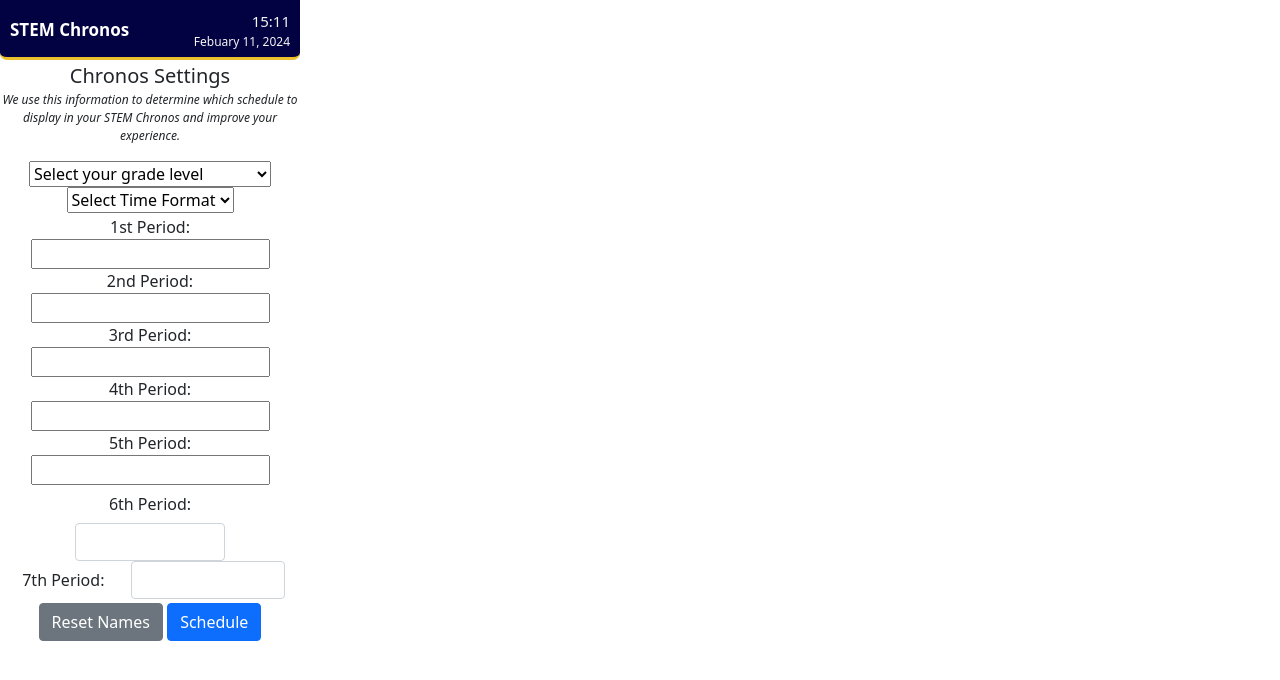
Repository: EvanHughes-dev/StemChronos
Page: StemChronos2.0/Settings/Settings.html
An editor plug-in stored every save of this project. The page is shown before and after the next save, followed by the edit.
The browser window is 1280 px wide. The pictures show the whole page.

Above is the page before, as saved 2024-04-23 15:38:50.
Console error: TypeError: Cannot read properties of null (reading 'addEventListener')

### StemChronos2.0/Settings/Settings.html
<!Doctype html>
<html>
<!--
    Have all settings here
    i.e. Grade level
    Period names
    notifications
    -->
<head>

    <link href="Settings.css" rel="stylesheet" type="text/css">
    <link href="../index.css" rel="stylesheet" type="text/css">
    <link href="https://cdn.jsdelivr.net/npm/bootstrap@5.0.2/dist/css/bootstrap.min.css" rel="stylesheet" integrity="sha384-EVSTQN3/azprG1Anm3QDgpJLIm9Nao0Yz1ztcQTwFspd3yD65VohhpuuCOmLASjC" crossorigin="anonymous">

</head>
<body>
    <!--Title for Chronos-->
    <div class="title-row">
        <p class="title">STEM Chronos</p>
        <span id="CurrentTime" class="currentTime"></span>
        <span id="CurrentDate" class="date"></span>
    </div>


    <div name="Settings" class="Settings">
        <!--Title for the attribute-->
        <center>
            <div class="fs-5">
                Chronos Settings
            </div>

        </center>


        <p class="SettingsText">
            We use this information to determine
            which schedule to display in your STEM Chronos and improve your experience.
        </p>

        <center>
            <!--Change the Grade Level-->
            <select id="GradeLevel" >
                <option class="DefaultOption" value="NULL" selected disabled>Select your grade level</option>
                <option value="Fresh"> I am a Freshman/Sophomore</option>
                <option value="Sen">I am a Junior/Senior</option>
            </select>

            <select id="TimeMode">
                <option class="DefaultOption" value="NULL" selected disabled>Select Time Format</option>
                <option value="24Hour">24 hour</option>
                <option value="12Hour">12 hour</option>

            </select>
            <!--Set custom period names-->
            <div class="InputField" id="PeriodNameOBJ">
                <div >
                    <label for="First">1st Period:</label>
                    <input name="First" type="text" id="FirstVal" />
                </div>
                <div >
                    <label for="Second">2nd Period:</label>
                    <input name="Second" type="text" id="SecondVal" />
                </div>

                <div>
                    <label for="Third">3rd Period:</label>
                    <input name="Third" type="text" id="ThirdVal" />
                </div>
                <div>
                    <label for="Fourth">4th Period:</label>
                    <input name="Fourth" type="text" id="FourthVal" />
                </div>
                <div>
                    <label for="Fifth">5th Period:</label>
                    <input name="Fifth" type="text" id="FiffthVal" />
                </div>
                <div>
                    <label class="col-sm-4 col-form-label mx-3" for="Sixth">6th Period:</label>
                    <input class="col-sm-10 form-control w-50 col-auto" name="Sixth" type="text" id="SixthVal" />
                </div>
                <div class="row g-2 mb-1">
                    <label class="col-sm-4 col-form-label mx-3" for="Seventh">7th Period:</label>
                    <input class="col-sm-10 form-control w-50 col-auto" name="Seventh" type="text" id="SeventhVal" />
                </div>

            </div>

            <!--Buttons-->
            <div class="footerOBJ">
                <button id="PeriodReset" class="btn btn-secondary">Reset Names</button>
                <button id="ScheduleBTN" class="btn btn-primary">Schedule</button>
            </div>
        </center>



    </div>


</body>
<script src="Settings.js"></script>
</html>

### StemChronos2.0/Settings/Settings.css
body {
    width: 300px;
    background-color: #Eeeef3;
    font-size:20px;
}
.Settings {
    margin-top:0px;
    width: 100%;
    height:200px;

}

.SettingsHeader {
    font-size: 25px;
    background: #Eeeef3;

    border-bottom: solid;
    border-width:1px;

}

.SettingsText {
    font-style: italic;
    text-align:center;
    font-size:12px;
}

select.DropDown {
    margin-left: 2px;
    width: 70%;
}


option:hover {
    background-color: #92cbdf;
}

.DefaultOption{

    color:gray;

}

option{

    color:black;
}
.InputField{
    padding-top:2px;
 }


.ToggleArrowHide{
    font-size: 20px;
    padding-left: 3px;
    transition: 1s;
}
    .ToggleArrowHide:hover{

        rotate: 90deg;
    }

    .ToggleArrowShow{
        font-size: 20px;
        padding-left: 3px;
        transition: 1s;
        rotate: 90deg;
    }
        .ToggleArrowShow:hover{

            rotate: 0deg;
        }

.ErrorBox{
    width:90%;
    margin-left:5%;
    display:block;
    background:red;
    z-index:20;
}

### StemChronos2.0/index.css
body {
    width: 300px;

    background-color: #Eeeef3;

    font-size: 15px;
}
.title-row {
	width: 100%;

	font-size: 17px;
	padding: 10px;
    height: 60px;
    margin-bottom: 1px;
    background-color: #020141;
    border-bottom: solid;
    border-bottom-color: #EDC02D;
    border-radius: 0px 0px 7px 7px;
}

.title {
	float: left;
	color: white;
	margin: 6.5px 0;
	font-weight: 700;
}

.currentTime {
	float: right;
	font-size: 15px;
    color: whitesmoke;
}

.date {
	float: right;
	font-size: 12px;
	clear: right;
    color: whitesmoke;
}

tr{
font-size: 12px;
}
.CurrentPeriod {
    background-color: #92cbdf;
}

.CurrentPeriod:hover {
    background-color: #51abcb;
}

.TimeRemainingHolder {
    padding-top: 10px;
    padding-bottom: 10px;
    margin-right: 10px;
    margin-left: 10px;
}

.DailyMessageText{
    text-align:center;
}



    .DailyMessage {
        width: 100%;
        height: 100%;
        justify-content: center;
        align-items: center;
        background-color: whitesmoke;
        /* border-bottom: solid 1px gray;
        border-left: solid 1px gray;
        border-radius: 0px 0px 0px 7px; */
        display: block;
    }
.DailyMessageText {
    margin-top: 10px;
    text-align: center;
}

.DailyMessageHeader {
    margin-top:5px;
    text-align: center;
    font-size:20px;
}
.LetterDay {
    margin-top: 5px;
    width: 75px;
    height: 50%;
    margin-left: 5px;
    align-content: center;
    vertical-align: central;
    background-color: lightgray;
}
.LetterDayInside {
    align-content: center;
    vertical-align: central;
    padding: 5px 5px 5px 5px;
}

.navy {
    background-color: #020141;
}



.flex-child {
    flex: 1;

    padding-right:5px;
    padding-left:5px;
}

    .flex-child:first-child {

        flex: 0;

        width: 100%;
        height: 100%;


    }

#FooterTable{
    padding-top: 0px;
    width:100%;
    height: 10px;

}

    #FooterTable th{
        width:50%;
        height:10px;

    }

br{

    margin:0px;
}
.SettingBtn {
    color: #6f7273;
    width: 50%;
    text-decoration: none;
    font-size: 25px;
}
.SettingBtn:hover{
     cursor: pointer;

}

.ReportBtn {
    color: #6f7273;
    width: 50%;
    text-decoration: none;
    font-size: 25px;
}

    .ReportBtn:hover {
        cursor: pointer;
    }





    .TimeLeft{
        margin: 2px;
    }

### StemChronos2.0/Settings/Settings.js

/*
 * @EHughes
 * Javascript control for Settings.html
 * Initial() runs on page load
 *
 * Future maintainers,
 * Please comment code well.
 * Comment what each function does and where it is called from.
 * As well as the general gist of if statements if there are variables that change values often
 * -EHughes
 */

const AllMonths = ["January", "Febuary", "March", "April", "May", "June", "July", "Agust", "September", "October", "November", "December"];
const PeriodID = ["FirstVal", 'SecondVal', 'ThirdVal', 'FourthVal', 'FiffthVal', 'SixthVal', 'SeventhVal']
const PeriodInputID = ['FirstValToggle', 'SecondValToggle', 'ThirdValToggle', 'FourthValToggle', 'FiffthValToggle', 'SixthValToggle', 'SeventhValToggle'];

function Initial() {//called on script load

	SetDefaultSelect();//Sets deault values for the selects if there are any
	SetDateAndTime();//Sets the header date and time
	SetCustomNameText();//Checks if there are names saved and displays them
	AddEventListeners()//add all needed event listeners

}

function SetDefaultSelect() {//called from Initial()
	if (localStorage.getItem('Year') != null) {//if there is a value
		document.getElementById("GradeLevel").value = localStorage.getItem('Year');//set the grade level to it
	}

	if (localStorage.getItem('TimeMode') != null) {//if there is a value
		document.getElementById('TimeMode').value = localStorage.getItem('TimeMode');//set the time mode to it
	}
}

function UpdateGradeLevel() {//called from AddEventListeners()
	//sets new grade level
	localStorage.setItem("Year", document.getElementById("GradeLevel").value)
}

function UpdateTimeMode() {//called from AddEventListeners()
	//sets new time mode 12 vs 24 hour
	localStorage.setItem("TimeMode", document.getElementById("TimeMode").value)
}

function AddEventListeners() {//called from Initial()

	document.getElementById("GradeLevel").addEventListener("change", () => { UpdateGradeLevel() });//Change grade level

	document.getElementById("TimeMode").addEventListener("change", () => { UpdateTimeMode() });//Change grade level

	document.getElementById("PeriodReset").addEventListener("click", () => { ClearCustomNames() });//Clear all names BTN

	document.getElementById("ScheduleBTN").addEventListener("click", () => { BackToSchedule() });//Go back to schedule BTN

	for (var i = 0; i < PeriodID.length; i++) {//Add event listener for all schedule name inputs
		document.getElementById(PeriodID[i]).addEventListener("change", (source) => {

			SavePeriodNames(source.target.id);//save the period name asscociated with this objects id
		})
	}

	for (let i = 0; i < PeriodInputID.length; i++) {//Add eventlisteners to all schedule input toggle arrows
		const element = PeriodInputID[i];//id for element

		document.getElementById(element).addEventListener("click", (source)=>{//add the listener and pass the object
			ToggleInput(source.target.id)//toggle display of input field and pass the target id
		})

	}


}

function SetDateAndTime() {//called from Initial()
	//Display the date and time for the Chronos header
	const d = new Date();//Current date
	let hour = d.getHours();//Current hour in 24-hour
	let minutes = d.getMinutes();//Current Minute

	let month = d.getMonth();//current month 0-11
	let day = d.getDate();//current day
	let year = d.getFullYear();//current full year

	document.getElementById("CurrentDate").innerHTML = AllMonths[month] + " " + day + ", " + year;//set the day month, year display

	if (minutes < 10) {//If minutes is less than 10
		document.getElementById("CurrentTime").innerHTML = hour + ":0" + minutes;//add a zero before minutes to maintain format
	} else {
		document.getElementById("CurrentTime").innerHTML = hour + ":" + minutes;//just a the minutes
	}

}

function SavePeriodNames(value) {//called from AddEventListeners()

	for (var i = 0; i < PeriodID.length; i++) {

		var LocalStorageI = i + 1;//LocalStorageI since local storage name is one greater then the i value

		if (PeriodID[i] == value) {

			var InputValue = document.getElementById(PeriodID[i]).value;//value inputed into field

			if (InputValue == "" || InputValue == null) {

				localStorage.removeItem("Period" + LocalStorageI)//remove value if field was cleared
				break;//stop running

            }
			localStorage.setItem("Period" + LocalStorageI, InputValue);//set new value
			break;
        }

    }


}


function ClearCustomNames() {//called from AddEventListeners() && SavePeriodNames()
	//remove all period
	for (var i = 1; i <= 7; i++) {

		window.localStorage.removeItem("Period" + i)//remove period from storage

	}
	SetCustomNameText();//display cleared names
}

function SetCustomNameText() {//called from Initial() && ClearCustomNames()
	for (var i = 0; i < 7; i++) {
		var LocalStorageI = i + 1;//LocalStorageI since local storage name is one greater then the i value
		if (localStorage.getItem("Period" + LocalStorageI) != null) {//if there is a value
			document.getElementById(PeriodID[i]).value = localStorage.getItem("Period" + LocalStorageI);//display it
		} else {//if there isnt a value
			document.getElementById(PeriodID[i]).value = "";//display nothing
        }
	}
}


function BackToSchedule() {//called from AddEventListeners()

	if(localStorage.getItem("Year")==null){
		alert("Ensure you select a grade level")
		return
	}
	window.location = "../index.html";

}


function ToggleInput(sourceId){//Toggles input fields for period names. Called from AddEventlisteners()

	for (let i = 0; i < PeriodInputID.length; i++) {//loop through all option
		const element = PeriodInputID[i];//check value of current index

		if(element==sourceId){//if it matches source id

			const InputElement=document.getElementById(PeriodID[i]);
			const ToggleElement=document.getElementById(PeriodInputID[i]);

			console.log(InputElement.style.display)
			//this part deals with displaying the input field for that object
			if(InputElement.style.display=="none" ||InputElement.style.display==""){//if it is not displayed or not set
				InputElement.style.display="revert";//display it
			}else{//if it is diaplyed
				InputElement.style.display="none";//don't display it
			}

			//this section deals with turning the arrow so it is facing the right direction
			const ClassList = ToggleElement.classList;//get all class names of the object

			ClassList.forEach(element => {//for each class
				if(element=="ToggleArrowShow"){//check if class name 1 exists
					ToggleElement.classList.remove("ToggleArrowShow");//turn off class name 1
					ToggleElement.classList.add("ToggleArrowHide");//turn on class name 2
				}else if(element=="ToggleArrowHide"){//else if class name 2 exists
					ToggleElement.classList.remove("ToggleArrowHide");//turn off class name 2
					ToggleElement.classList.add("ToggleArrowShow");//turn on class name 1
				}
			});

			break;
		}

	}

}

Initial()//starts the scripts needed on launch

After the next save:
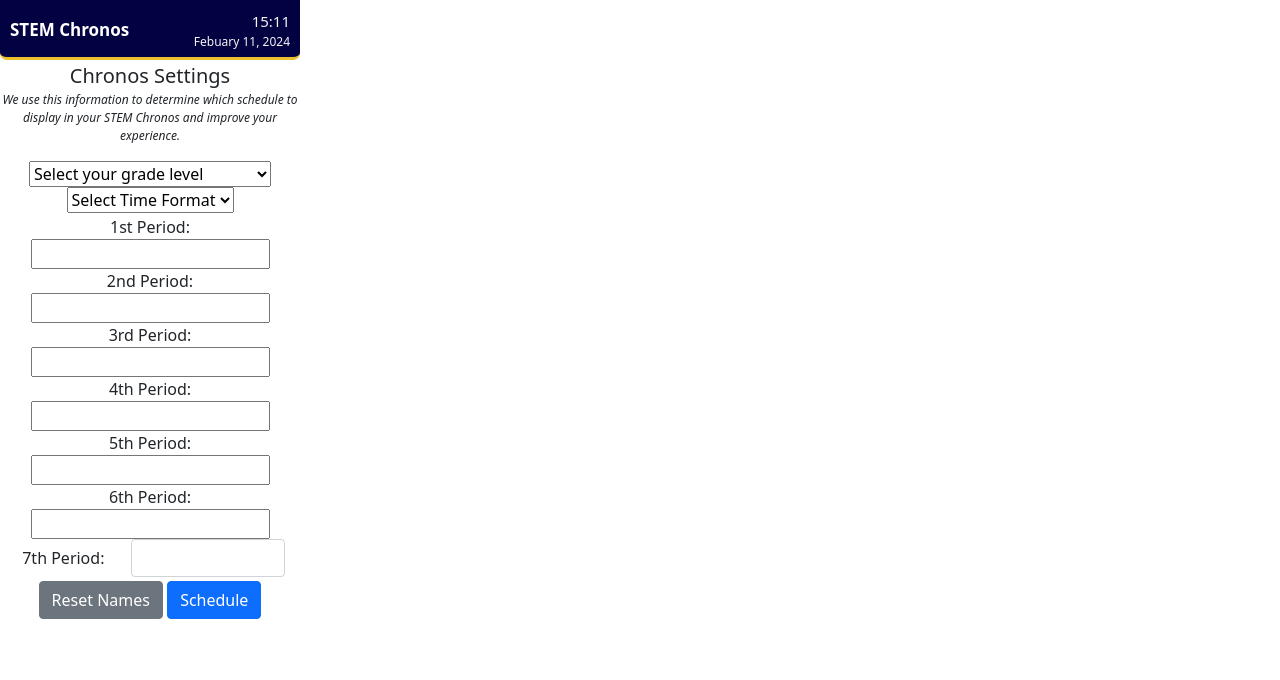
Saved 6 s later.
--- a/StemChronos2.0/Settings/Settings.html
+++ b/StemChronos2.0/Settings/Settings.html
@@ -75,8 +75,8 @@
                     <input name="Fifth" type="text" id="FiffthVal" />
                 </div>
                 <div>
-                    <label class="col-sm-4 col-form-label mx-3" for="Sixth">6th Period:</label>
-                    <input class="col-sm-10 form-control w-50 col-auto" name="Sixth" type="text" id="SixthVal" />
+                    <label for="Sixth">6th Period:</label>
+                    <input name="Sixth" type="text" id="SixthVal" />
                 </div>
                 <div class="row g-2 mb-1">
                     <label class="col-sm-4 col-form-label mx-3" for="Seventh">7th Period:</label>
